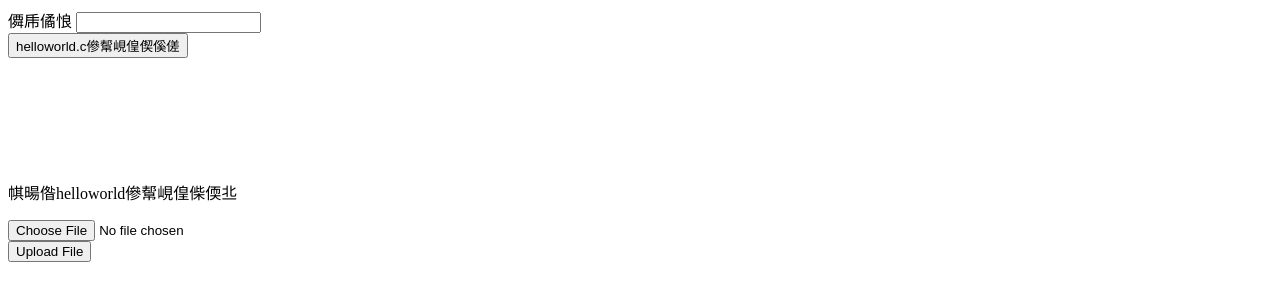
Repository: orakaro/GraduationProject
Page: Eclipse Workplace/DatabaseConnect/Login form.html
The author's editor kept a copy of each file at every save. The page is drawn from the files as they stood at one save, then again after the next save.
The browser window is 1280 px wide. The pictures show the whole page.

Above is the page before, as saved 2010-07-16 09:11:46.

### Eclipse Workplace/DatabaseConnect/Login form.html
<html>
<head>
</head>
<body>
		<form name="form1" action="http://localhost:8080/DatabaseConnect/servlets/sori" method="POST">
		僲乕僪悢
			<input type="text" name="nodeNum">
			<br>
			<input type="submit" value="helloworld.c傪幚峴偟偰傒傞">
		</form>
<br><br><br><br><br>
<p>帺暘偺helloworld傪幚峴偟偨偄丠</p>
		<form action="http://localhost:8080/DatabaseConnect/servlets/FileUploaded" enctype="multipart/form-data" method="POST">
			<input type="file" name="file1"><br>
			<input type="Submit" value="Upload File"><br>
		</form>
</body>
</html>

After the next save:
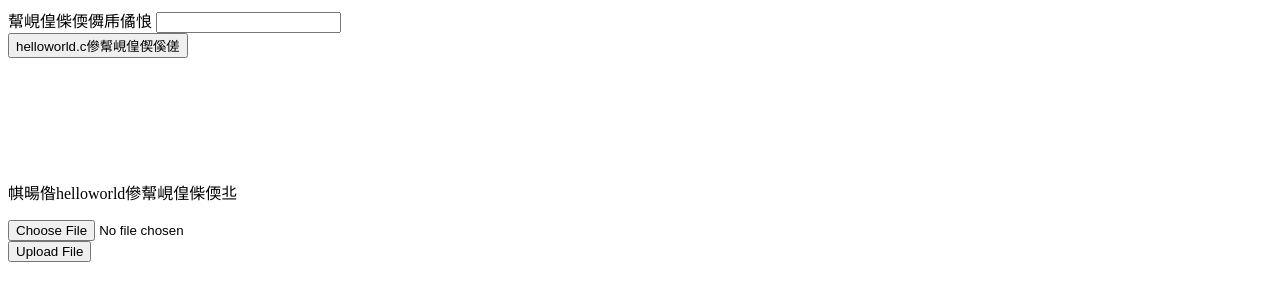
Saved 4 min 37 s later.
--- a/Eclipse Workplace/DatabaseConnect/Login form.html
+++ b/Eclipse Workplace/DatabaseConnect/Login form.html
@@ -3,7 +3,7 @@
 </head>
 <body>
 		<form name="form1" action="http://localhost:8080/DatabaseConnect/servlets/sori" method="POST">
-		僲乕僪悢
+		幚峴偟偨偄僲乕僪悢
 			<input type="text" name="nodeNum">
 			<br>
 			<input type="submit" value="helloworld.c傪幚峴偟偰傒傞">
